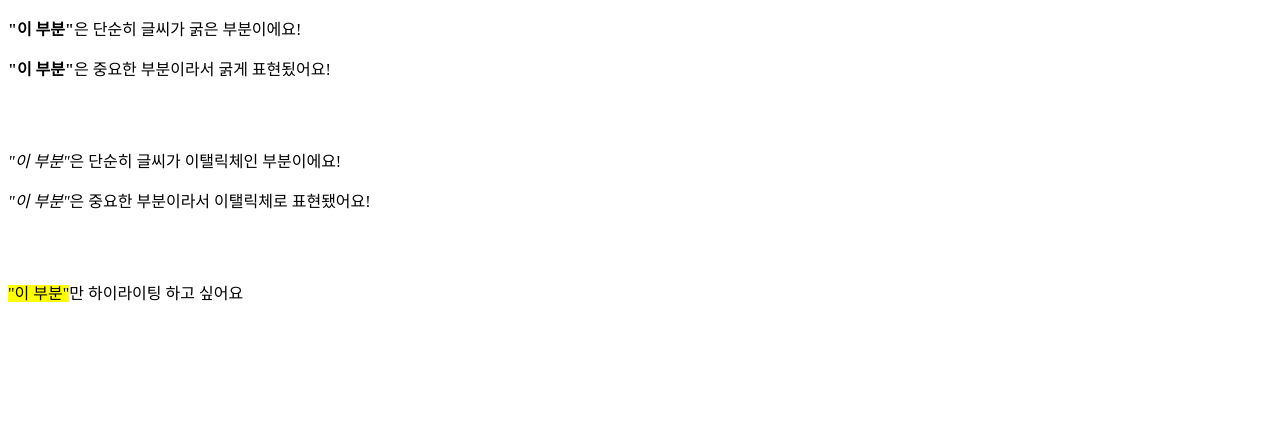
Repository: JaeHyun-Ban/study_html
Page: TCP_HTML/WebContent/ex02_07.html
These files come from the project's save history. The page is drawn as it stood at one moment and after the next save; the edit follows.
The browser window is 1280 px wide. The pictures show the whole page.

Above is the page before, as saved 2020-08-27 04:38:45.

### TCP_HTML/WebContent/ex02_07.html
<!DOCTYPE html>
<html>
<head>
<meta charset="UTF-8">
<title>강조 효과</title>
</head>
<body>
	<p><b>"이 부분"</b>은 단순히 글씨가 굵은 부분이에요!</p>
	<p><strong>"이 부분"</strong>은 중요한 부분이라서 굵게 표현됬어요!</p>

	<br><br>

	<p><i>"이 부분"</i>은 단순히 글씨가 이탤릭체인 부분이에요!</p>
	<p><em>"이 부분"</em>은 중요한 부분이라서 이탤릭체로 표현됐어요!</p>

	<br><br>

	<p><mark>"이 부분"</mark>만 하이라이팅 하고 싶어요</p>

</body>
</html>

After the next save:
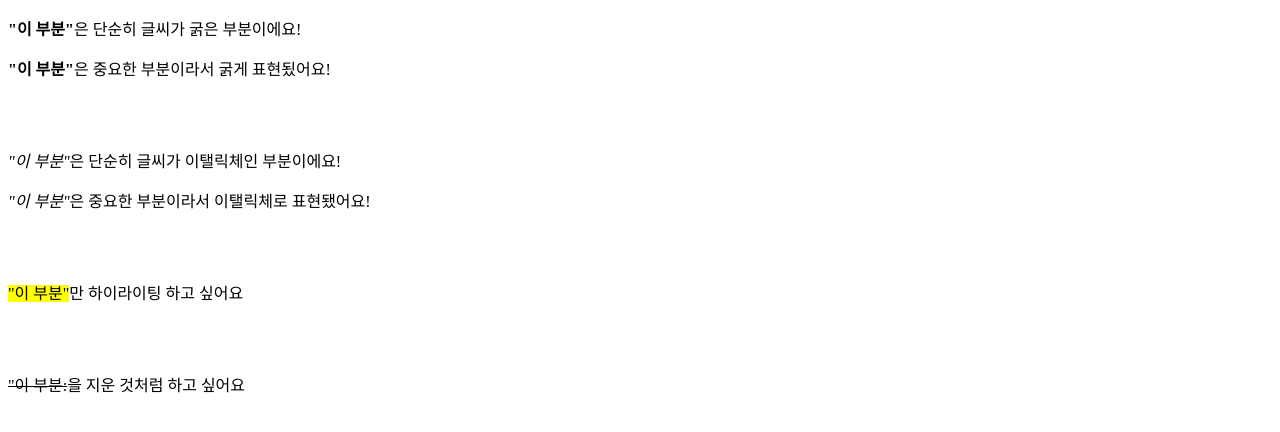
Saved 106 s later.
--- a/TCP_HTML/WebContent/ex02_07.html
+++ b/TCP_HTML/WebContent/ex02_07.html
@@ -17,5 +17,9 @@
 
 	<p><mark>"이 부분"</mark>만 하이라이팅 하고 싶어요</p>
 
+	<br><br>
+
+	<p><del>"이 부분:</del>을 지운 것처럼 하고 싶어요</p>
+
 </body>
 </html>
